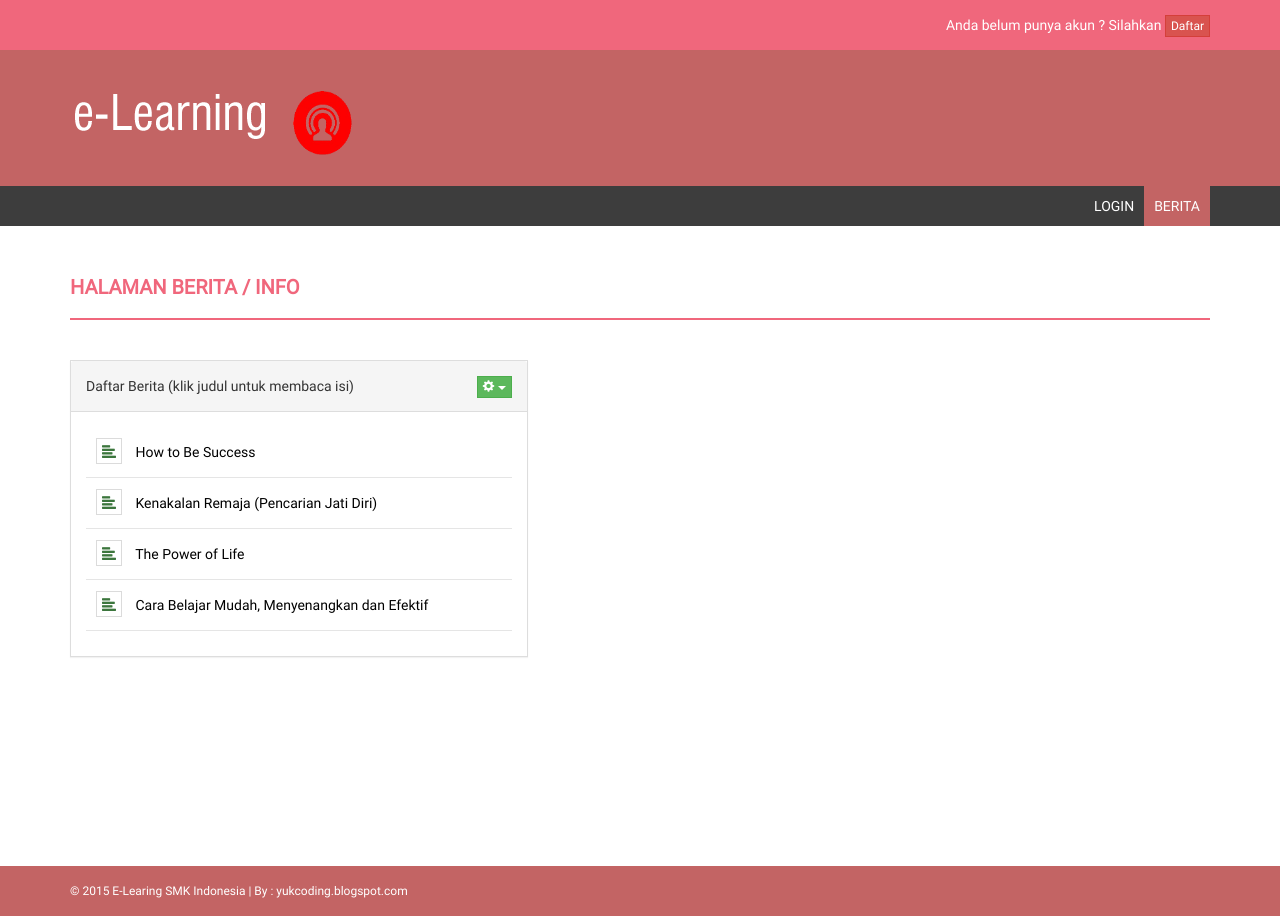
Repository: ramdanriawan/elearning-bangasep
Page: http://localhost/?page=berita
These files come from the project's save history. The page is drawn as it stood at one moment and after the next save; the edit follows.
The browser window is 1280 px wide. The pictures show the whole page.
The page is run by PHP 8.4 with error messages shown; the project is at /var/www/html/. The database holds what the project's SQL file puts in it.

Above is the page before, as saved 2020-04-12 00:27:17.

### index.php
<?php
@session_start();
include "+koneksi.php";

if(!@$_SESSION['siswa']) {
    if(@$_GET['hal'] == 'daftar') {
        include "register.php";
    } else {
        include "login.php";
    }
} else { ?>
<!DOCTYPE html>
<html>
<head>
    <meta charset="utf-8" />
    <meta name="viewport" content="width=device-width, initial-scale=1, maximum-scale=1" />
    <title>E-Learning SMK Indonesia</title>
    <link href="style/assets/css/bootstrap.css" rel="stylesheet" />
    <link href="style/assets/css/font-awesome.css" rel="stylesheet" />
    <link href="style/assets/css/style.css" rel="stylesheet" />
</head>
<body>

<script src="style/assets/js/jquery-1.11.1.js"></script>
<script src="style/assets/js/bootstrap.js"></script>
<?php
$sql_terlogin = mysqli_query($db, "SELECT * FROM tb_siswa JOIN tb_kelas ON tb_siswa.id_siswa = '$_SESSION[siswa]' AND tb_kelas.id_kelas = tb_siswa.id_kelas") or die ($db->error);
$data_terlogin = mysqli_fetch_array($sql_terlogin);
?>
    <header>
        <div class="container">
            <div class="row">
                <div class="col-md-12">
                    Selamat datang, <u><?php echo ucfirst($data_terlogin['username']); ?></u>. Jangan lupa <a href="inc/logout.php?sesi=siswa" class="btn btn-xs btn-danger">Logout</a>
                </div>
            </div>
        </div>
    </header>
    <!-- HEADER END-->
    <div class="navbar navbar-inverse set-radius-zero">
        <div class="container">
            <div class="navbar-header">
                <button type="button" class="navbar-toggle" data-toggle="collapse" data-target=".navbar-collapse">
                    <span class="icon-bar"></span>
                    <span class="icon-bar"></span>
                    <span class="icon-bar"></span>
                </button>
                <a class="navbar-brand" href="./">
                    <img src="style/assets/img/logo.png" />
                </a>

            </div>

            <div class="left-div">
                <div class="user-settings-wrapper">
                    <ul class="nav">

                        <li class="dropdown">
                            <a class="dropdown-toggle" data-toggle="dropdown" href="#" aria-expanded="false">
                                <span class="glyphicon glyphicon-user" style="font-size: 25px;"></span>
                            </a>
                            <div class="dropdown-menu dropdown-settings">
                                <div class="media">
                                    <a class="media-left" href="#">
                                        <img src="img/foto_siswa/<?php echo $data_terlogin['foto']; ?>" class="img-rounded" />
                                    </a>
                                    <div class="media-body">
                                        <h4 class="media-heading"><?php echo $data_terlogin['nama_lengkap']; ?></h4>
                                        <h5>Kelas : <?php echo $data_terlogin['nama_kelas']; ?></h5>
                                    </div>
                                </div>
                                <hr />
                                <center><a href="?hal=detailprofil" class="btn btn-info btn-sm">Detail Profile</a> <a href="?hal=editprofil" class="btn btn-primary btn-sm">Edit Profile</a></center>

                            </div>
                        </li>

                    </ul>
                </div>
            </div>
        </div>
    </div>

    <section class="menu-section">
        <div class="container">
            <div class="row">
                <div class="col-md-12">
                    <div class="navbar-collapse collapse ">
                        <ul id="menu-top" class="nav navbar-nav navbar-right">
                            <li><a <?php if(@$_GET['page'] == '') { echo 'class="menu-top-active"'; } ?> href="./">Beranda</a></li>
                            <li><a <?php if(@$_GET['page'] == 'quiz') { echo 'class="menu-top-active"'; } ?> href="?page=quiz">Tugas / Quiz</a></li>
                            <li><a <?php if(@$_GET['page'] == 'nilai') { echo 'class="menu-top-active"'; } ?> href="?page=nilai">Nilai</a></li>
                            <li><a <?php if(@$_GET['page'] == 'materi') { echo 'class="menu-top-active"'; } ?> href="?page=materi">Materi</a></li>
                            <li><a <?php if(@$_GET['page'] == 'berita') { echo 'class="menu-top-active"'; } ?> href="?page=berita">Berita</a></li>
                        </ul>
                    </div>
                </div>
            </div>
        </div>
    </section>

    <div class="content-wrapper">
        <div class="container" id="wadah">
        <?php
        if(@$_GET['page'] == '') {
            include "inc/beranda.php";
        } else if(@$_GET['page'] == 'quiz') {
            include "inc/quiz.php";
        } else if(@$_GET['page'] == 'nilai') {
            include "inc/nilai.php";
        } else if(@$_GET['page'] == 'materi') {
            include "inc/materi.php";
        } else if(@$_GET['page'] == 'berita') {
            include "inc/berita.php";
        } ?>
        </div>
    </div>

    <footer>
        <div class="container">
            <div class="row">
                <div class="col-md-12">
                    &copy; 2015 E-Learing SMK Indonesia
                </div>

            </div>
        </div>
    </footer>
</body>
</html>
<?php
}
?>

### +koneksi.php
<?php
$db = mysqli_connect("localhost", "lomx1822_e_learning", "lomx1822_e_learning", "lomx1822_e_learning");

//---fungsi2---//
function cek_session($isi_admin, $isi_pengajar) {
    if(@$_SESSION['admin']) {
        echo $isi_admin;
    } else if(@$_SESSION['pengajar']) {
        echo $isi_pengajar;
    }
}

function tgl_indo($tgl) {
	$tanggal = substr($tgl,8,2);
	$bulan = getBulan(substr($tgl,5,2));
	$tahun = substr($tgl,0,4);
	return $tanggal.' '.$bulan.' '.$tahun;
}
function getBulan($bln){
	switch ($bln){
		case 1:
			return "Januari";
			break;
		case 2:
			return "Februari";
			break;
		case 3:
			return "Maret";
			break;
		case 4:
			return "April";
			break;
		case 5:
			return "Mei";
			break;
		case 6:
			return "Juni";
			break;
		case 7:
			return "Juli";
			break;
		case 8:
			return "Agustus";
			break;
		case 9:
			return "September";
			break;
		case 10:
			return "Oktober";
			break;
		case 11:
			return "November";
			break;
		case 12:
			return "Desember";
			break;
	}
}

function tampil_per_ID($table, $where = null) {
	global $db;
	$command = "SELECT * FROM $table";
	if($where != null) {
		$command .= " WHERE $where";
	}
	$query = mysqli_query($db, $command) or die ($db->error);
	return $query;
	mysqli_close($db);
}
?>

### login.php
<?php
@session_start();
$db = mysqli_connect("localhost", "lomx1822_e_learning", "lomx1822_e_learning", "lomx1822_e_learning");
?>
<!DOCTYPE html>
<html>
<head>
    <meta charset="utf-8" />
    <meta name="viewport" content="width=device-width, initial-scale=1, maximum-scale=1" />
    <title>Login E-Learning SMK Indonesia</title>
    <link href="style/assets/css/bootstrap.css" rel="stylesheet" />
    <link href="style/assets/css/font-awesome.css" rel="stylesheet" />
    <link href="style/assets/css/style.css" rel="stylesheet" />
</head>
<body>
    <header>
        <div class="container">
            <div class="row">
                <div class="col-md-12">
                    Anda belum punya akun ? Silahkan <a href="./?hal=daftar" class="btn btn-xs btn-danger">Daftar</a>
                </div>
            </div>
        </div>
    </header>

    <div class="navbar navbar-inverse set-radius-zero">
        <div class="container">
            <div class="navbar-header">
                <button type="button" class="navbar-toggle" data-toggle="collapse" data-target=".navbar-collapse">
                    <span class="icon-bar"></span>
                    <span class="icon-bar"></span>
                    <span class="icon-bar"></span>
                </button>
                <a class="navbar-brand" href="./">
                    <img src="style/assets/img/logo.png" />
                </a>

            </div>

            <div class="left-div">
                <div class="user-settings-wrapper">
                    <ul class="nav">
                        <li class="dropdown">
                                <img src="img/logo.png" alt="" style="height:64px !important; width:85px !important; border: none; margin-left: -25px">
                        </li>
                    </ul>
                </div>
            </div>
        </div>
    </div>

    <section class="menu-section">
        <div class="container">
            <div class="row">
                <div class="col-md-12">
                    <div class="navbar-collapse collapse ">
                        <ul id="menu-top" class="nav navbar-nav navbar-right">
                            <li><a <?php if(@$_GET['page'] == '') { echo 'class="menu-top-active"'; } ?> href="./">Login</a></li>
                            <li><a <?php if(@$_GET['page'] == 'berita') { echo 'class="menu-top-active"'; } ?> href="?page=berita">Berita</a></li>
                        </ul>
                    </div>
                </div>
            </div>
        </div>
    </section>

    <div class="content-wrapper">
        <div class="container">
            <?php
            if(@$_GET['page'] == '') { ?>
                <div class="row">
                    <div class="col-md-12">
                        <h4 class="page-head-line">Silahkan login untuk masuk ke e-learning</h4>
                    </div>
                </div>
                <div class="row">
                    <div class="col-md-6">
                        <?php
                        if(@$_POST['login']) {
                            $user = @mysqli_real_escape_string($db, $_POST['user']);
                            $pass = @mysqli_real_escape_string($db, $_POST['pass']);
                            $sql = mysqli_query($db, "SELECT * FROM tb_siswa WHERE username = '$user' AND password = md5('$pass')") or die ($db->error);
                            $data = mysqli_fetch_array($sql);
                            if(mysqli_num_rows($sql) > 0) {
                                if($data['status'] == 'aktif') {
                                    @$_SESSION['siswa'] = $data['id_siswa'];
                                    echo "<script>window.location='./';</script>";
                                } else {
                                    echo '<div class="alert alert-warning">Login gagal, akun Anda sedang tidak aktif</div>';
                                }
                            } else {
                                echo '<div class="alert alert-danger">Login gagal, username / password salah, coba lagi!</div>';
                            }
                        } ?>
                        <h4><i>Masukkan username dan password Anda dengan benar :</i></h4>
                        <form method="post">
                            <label>Username :</label>
                            <input type="text" name="user" class="form-control" required />
                            <label>Password :  </label>
                            <input type="password" name="pass" class="form-control" required />
                            <hr />
                            <input type="submit" name="login" value="Login" class="btn btn-info" />
                            <input type="reset" class="btn btn-danger" />
                        </form>
                    </div>
                    <div class="col-md-6">
                        <div class="alert alert-danger col-md-12">
                            Untuk menggunakan layanan e-learning ini kalian harus login terlebih dahulu.
                        </div>
                    </div>
                </div>
            <?php
            } else if(@$_GET['page'] == 'berita') {
                include "inc/berita.php";
            } ?>
        </div>
    </div>

    <footer>
        <div class="container">
            <div class="row">
                <div class="col-md-12">
                    &copy; 2015 E-Learing SMK Indonesia | By : yukcoding.blogspot.com
                </div>

            </div>
        </div>
    </footer>
    <script src="style/assets/js/jquery-1.11.1.js"></script>
    <script src="style/assets/js/bootstrap.js"></script>
</body>
</html>

### inc/berita.php
<div class="row">
    <div class="col-md-12">
        <h4 class="page-head-line">Halaman Berita / Info</h4>
    </div>
</div>

<div class="row">
    <div class="col-md-5">
        <div class="notice-board">
            <div class="panel panel-default">
                <div class="panel-heading">
                    Daftar Berita (klik judul untuk membaca isi)
                    <div class="pull-right" >
                        <div class="dropdown">
                          <button class="btn btn-success dropdown-toggle btn-xs" type="button" id="dropdownMenu1" data-toggle="dropdown" aria-expanded="true">
                            <span class="glyphicon glyphicon-cog"></span>
                            <span class="caret"></span>
                          </button>
                          <ul class="dropdown-menu" role="menu" aria-labelledby="dropdownMenu1">
                            <li role="presentation"><a role="menuitem" tabindex="-1" href="">Refresh</a></li>
                          </ul>
                        </div>
                    </div>
                </div>
                <div class="panel-body">
                    <ul>
                        <?php
                        $sql_berita = mysqli_query($db, "SELECT * FROM tb_berita WHERE status = 'aktif' ORDER BY tgl_posting DESC LIMIT 0, 4") or die($db->error);
                        while($data_berita = mysqli_fetch_array($sql_berita)) { ?>
                          <li>
                              <?php
                              if(@$_GET['hal'] == 'daftar') { ?>
                                <a href="?hal=daftar&page=berita&action=detail&id_berita=<?php echo $data_berita['id_berita']; ?>">
                                <?php
                              } else { ?>
                                <a href="?page=berita&action=detail&id_berita=<?php echo $data_berita['id_berita']; ?>">
                                <?php
                              } ?>
                               <span class="glyphicon glyphicon-align-left text-success" ></span>
                                <?php echo $data_berita['judul']; ?> &nbsp;
                              </a>
                          </li>
                        <?php
                        } ?>
                    </ul>
                </div>
            </div>
        </div>
    </div>

    <?php
    if(@$_GET['action'] == 'detail') {
    ?>
      <div class="col-md-7">
        <div class="notice-board">
          <div class="panel panel-default">
          <div class="panel-heading">Detail Berita</div>
          <div class="panel-body">
          <?php
          $sql_berita_detail = mysqli_query($db, "SELECT * FROM tb_berita WHERE id_berita = '$_GET[id_berita]'") or die($db->error);
          $data_berita_detail = mysqli_fetch_array($sql_berita_detail);
          ?>
            <h3 align="center"><?php echo $data_berita_detail['judul']; ?></h3>
            By : <span class="label label-warning">
                <?php
                if($data_berita_detail['penerbit'] == 'admin') {
                  echo "Admin";
                } else {
                  $sql_pengajar = mysqli_query($db, "SELECT * FROM tb_pengajar WHERE id_pengajar = '$data_berita_detail[penerbit]'") or die($db->error);
                  $data_pengajar = mysqli_fetch_array($sql_pengajar);
                  echo $data_pengajar['nama_lengkap'];
                } ?>
            </span> &nbsp;
            <span class="label label-info"><?php echo tgl_indo($data_berita_detail['tgl_posting']); ?></span>
            <hr />
            <div>
              <?php echo nl2br($data_berita_detail['isi']); ?>
            </div>
          </div>
          </div>
        </div>
      </div>
    <?php
    } ?>
</div>

### db_elearning.sql (the tables this page reads)
CREATE TABLE IF NOT EXISTS `tb_berita` (
  `id_berita` int(11) NOT NULL AUTO_INCREMENT,
  `judul` text NOT NULL,
  `isi` longtext NOT NULL,
  `tgl_posting` date NOT NULL,
  `penerbit` varchar(10) NOT NULL,
  `status` enum('aktif','tidak aktif') NOT NULL,
  PRIMARY KEY (`id_berita`)
) ENGINE=InnoDB  DEFAULT CHARSET=latin1 AUTO_INCREMENT=7;

INSERT INTO `tb_berita` (`id_berita`, `judul`, `isi`, `tgl_posting`, `penerbit`, `status`) VALUES
(1, 'Cara Belajar Mudah, Menyenangkan dan Efektif', 'Hai teman2. djsdnsjdnsdjnsdsds dsjds dsjdbsds dsdgsduui\r\n\r\nKali ini dsdsjdhsd dsjsdbsd\r\n\r\nkita dksnksd dsjdsjd dsusdgyow9weuwr', '2015-08-15', 'admin', 'aktif'),
(2, 'How to Be Success', 'asdshsuh sdsgdgysgd.\r\n\r\ndfdfdfdfdhfdhfdhfd.\r\nsdsdjd.', '2015-08-16', '1', 'aktif'),
(4, 'Manfaat Menulis', 'Jadi temen2, manfaat menulis ialah bla bla bla.\r\n\r\ndfdhfhdifd fhdudfdf gfudfhudhf.\r\n\r\nfdfjdfjdf d.d\r\nfd\r\nfdfdfdfdf', '2015-08-16', '10', 'tidak aktif'),
(5, 'Kenakalan Remaja (Pencarian Jati Diri)', 'Remaja memang identik dengan nakal, tetapi tidaklah benar jika hanya remaja yang selalu di klaim nakal.\r\n\r\nDi Indonesia ini seperti negeri sandiwara, banyak ahli hukum mencederai hukum, banyak ahli ilmu mencederai ilmu, banyak wakil rakyat yang seharusnya mengemban amanah tetapi mereka malah melakukan KKN.\r\n\r\nApakah mereka remaja ? Tentu bukan, mereka sudah dewasa.', '2015-08-16', 'admin', 'aktif'),
(6, 'The Power of Life', 'The Power of Life jsndjsd sdsdsd sdsyftsas arsduywge rtposfh0a9hqwreb eeuheirer.\r\n\r\ndfdfdfhidf wuuwgyuwwo dsiuhsduishdsds', '2015-08-16', '8', 'aktif');

Loaded but not shown: style/assets/css/bootstrap.css (library); style/assets/css/font-awesome.css (library); style/assets/js/jquery-1.11.1.js (library); style/assets/js/bootstrap.js (library); style/assets/css/style.css (369 lines, source omitted)

After the next save:
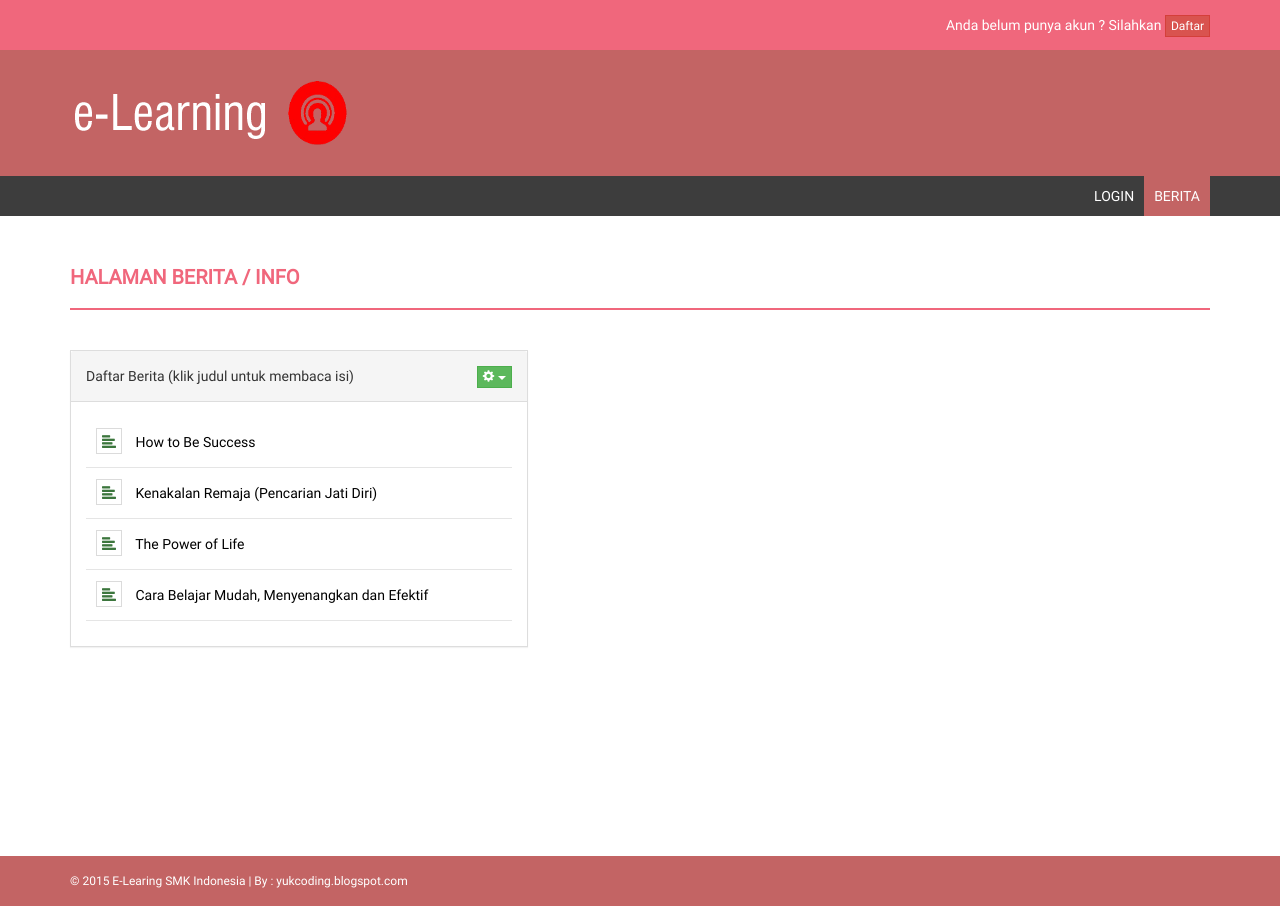
Saved 60 s later.
--- a/login.php
+++ b/login.php
@@ -41,7 +41,7 @@ $db = mysqli_connect("localhost", "lomx1822_e_learning", "lomx1822_e_learning",
                 <div class="user-settings-wrapper">
                     <ul class="nav">
                         <li class="dropdown">
-                                <img src="img/logo.png" alt="" style="height:64px !important; width:85px !important; border: none; margin-left: -25px">
+                                <img src="img/logo.png" alt="" style="height:64px !important; width:85px !important; border: none; margin-left: -30px; margin-top: -10px">
                         </li>
                     </ul>
                 </div>
